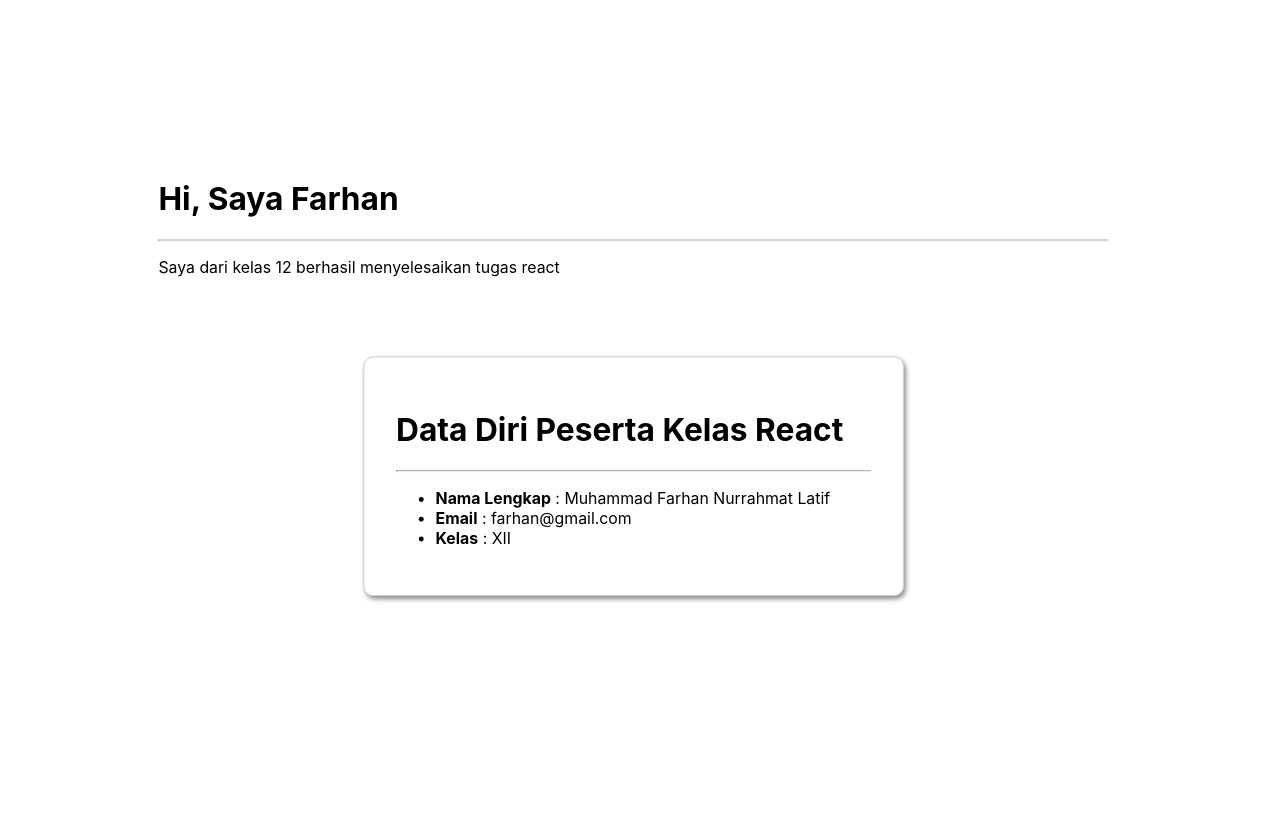
Repository: mfarhannr/Tugas-Reactjs_Farhan
Page: /
The author's editor kept a copy of each file at every save. The page is drawn from the files as they stood at one save, then again after the next save.
The browser window is 1280 px wide. The pictures show the whole page, at 99% of full size.
The project was rebuilt for these pictures with package versions that can differ from the ones it lists, and the page was loaded fresh each time.

Above is the page before, as saved 2024-05-03 15:44:00.

### src/App.js
import './App.css';
import Tugas6 from "./tugas6/tugas6";
// import Welcome from "./WelcomeComponent";
import Tugas7 from './tugas7/tugas7';

function App() {
  return (
    <div className="App">
      <div className="Card6">
        <Tugas6 />
      </div>
      <div className="Card7">
        <Tugas7
          name="Muhammad Farhan Nurrahmat Latif"
          email="farhan@gmail.com"
          kelas="XII"
        />
      </div>
    </div>
  );
}

export default App;

### src/App.css
.App {
  padding: 10rem;
}

.Content {
  border: 1px solid #ccc;
  border-radius: 10px;
  padding: 2em;
  margin: 2em auto;
  width: 50%;
  box-shadow: 2px 3px 5px #888888;
}

span {
  font-size:bold;
}

.Card7 {
  border: 1px solid #ccc;
  border-radius: 10px;
  padding: 2em;
  margin: 5em auto;
  width: 50%;
  box-shadow: 2px 3px 5px #888888;
}

.App-logo {
  height: 40vmin;
  pointer-events: none;
}

@media (prefers-reduced-motion: no-preference) {
  .App-logo {
    animation: App-logo-spin infinite 20s linear;
  }
}

.App-header {
  background-color: #282c34;
  min-height: 100vh;
  display: flex;
  flex-direction: column;
  align-items: center;
  justify-content: center;
  font-size: calc(10px + 2vmin);
  color: white;
}

.App-link {
  color: #61dafb;
}

@keyframes App-logo-spin {
  from {
    transform: rotate(0deg);
  }
  to {
    transform: rotate(360deg);
  }
}

### src/tugas6/tugas6.js
import React from "react";

function Tugas6() {
    return (
      <div className="Card1">
        <h1>Hi, Saya Farhan</h1>
        <hr></hr>
        <p>Saya dari kelas 12 berhasil menyelesaikan tugas react</p>
      </div>
    );
}

export default Tugas6;

### src/tugas7/tugas7.js
import React from "react";

function Tugas7(props) {
  return (
    <div className="Card1">
      <h1>Data Diri Peserta Kelas React</h1>
      <hr></hr>
      <ul>
        <li>
          <b>Nama Lengkap</b> : {props.name}
        </li>
        <li>
          <b>Email</b> : {props.email}
        </li>
        <li>
          <b>Kelas</b> : {props.kelas}
        </li>
      </ul>
    </div>
  );
}

export default Tugas7;

Loaded but not shown: public/index.html (common file); src/index.js (common file); src/index.css (common file); src/reportWebVitals.js (common file)

After the next save:
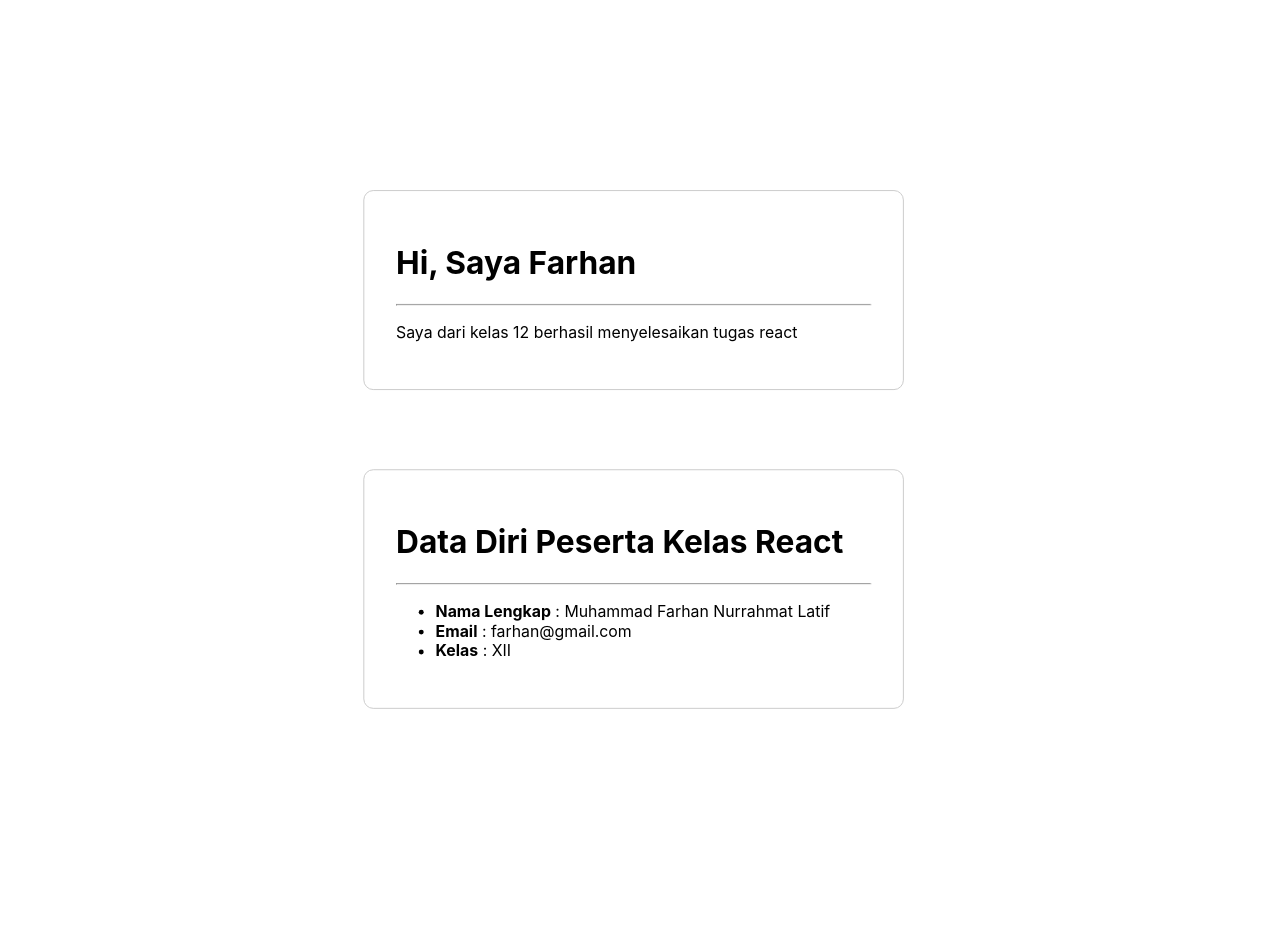
Saved 8 s later.
--- a/src/App.css
+++ b/src/App.css
@@ -2,13 +2,12 @@
   padding: 10rem;
 }
 
-.Content {
+.Card6 {
   border: 1px solid #ccc;
   border-radius: 10px;
   padding: 2em;
   margin: 2em auto;
   width: 50%;
-  box-shadow: 2px 3px 5px #888888;
 }
 
 span {
@@ -21,7 +20,6 @@ span {
   padding: 2em;
   margin: 5em auto;
   width: 50%;
-  box-shadow: 2px 3px 5px #888888;
 }
 
 .App-logo {
